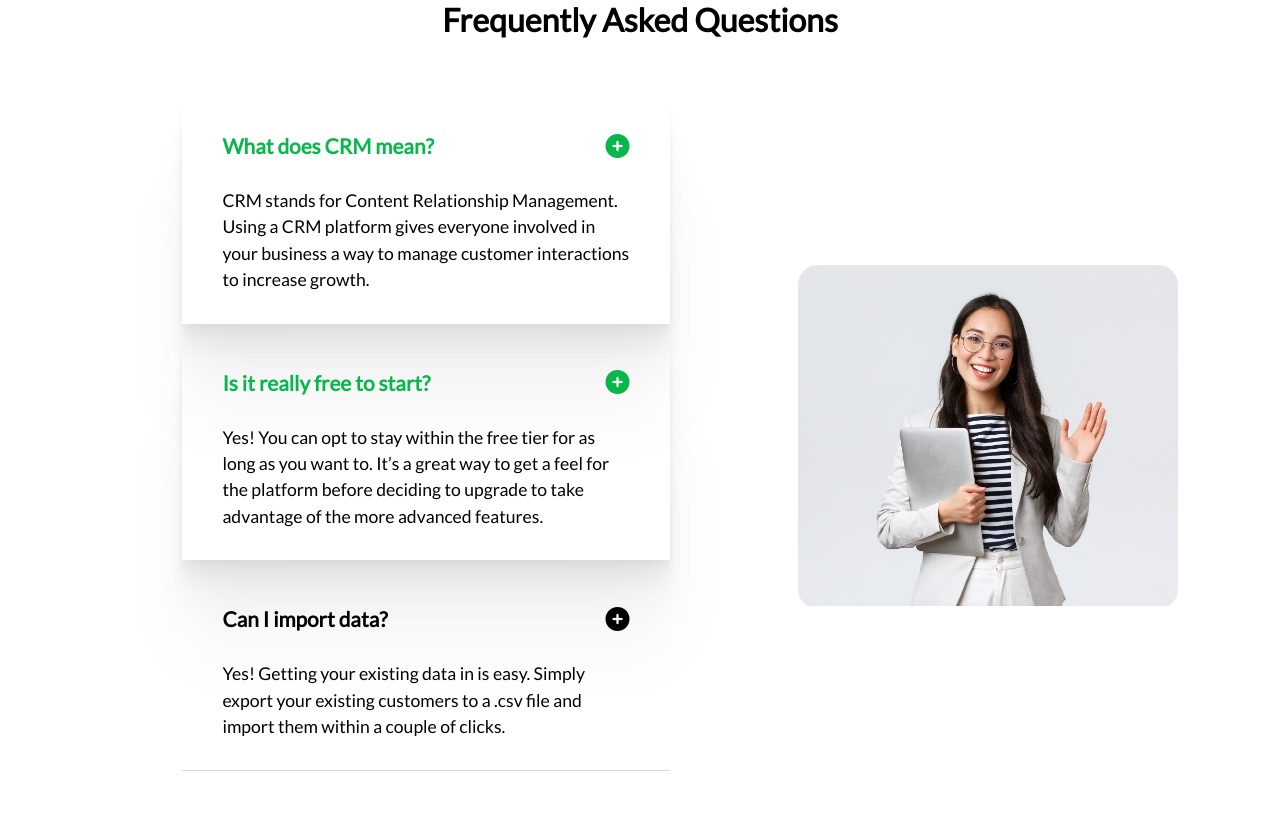
Repository: emiliaiwu/faq_component
Page: index.html
An editor plug-in stored every save of this project. The page is shown before and after a run of saves, followed by the edit.
The browser window is 1280 px wide. The pictures show the whole page.
Some web libraries are served in a nearby version.

Above is the page before, as saved 2022-12-13 16:40:49.

After the next 6 saves:
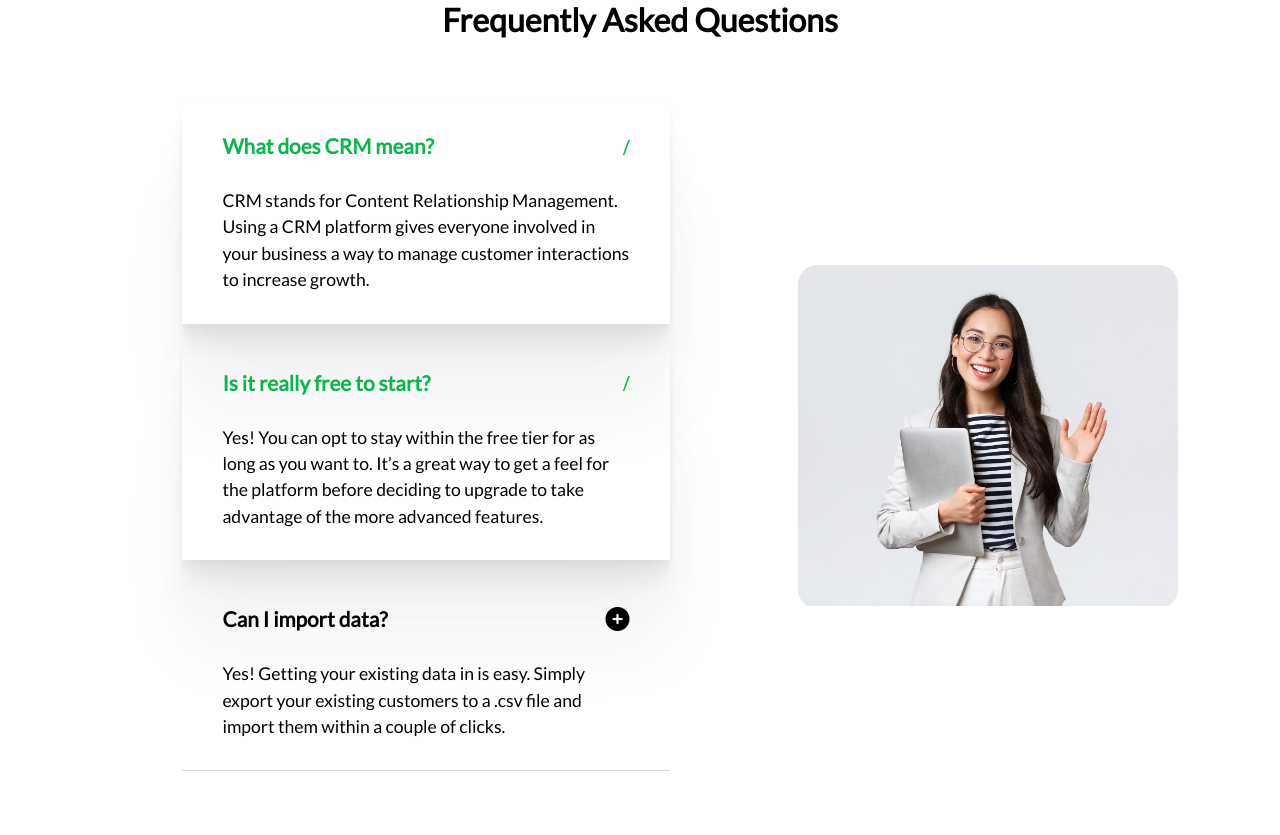
The 6 saves are shown as one change because they came seconds apart.
The last was saved 11 s later.
--- a/style.css
+++ b/style.css
@@ -108,7 +108,9 @@ img {
     color:rgb(8, 183, 75);
 }
 
-.faq_content.active .fa-solid:
+.faq_content.active .fa-solid::before {
+    content: '/';
+}
 
 
 
